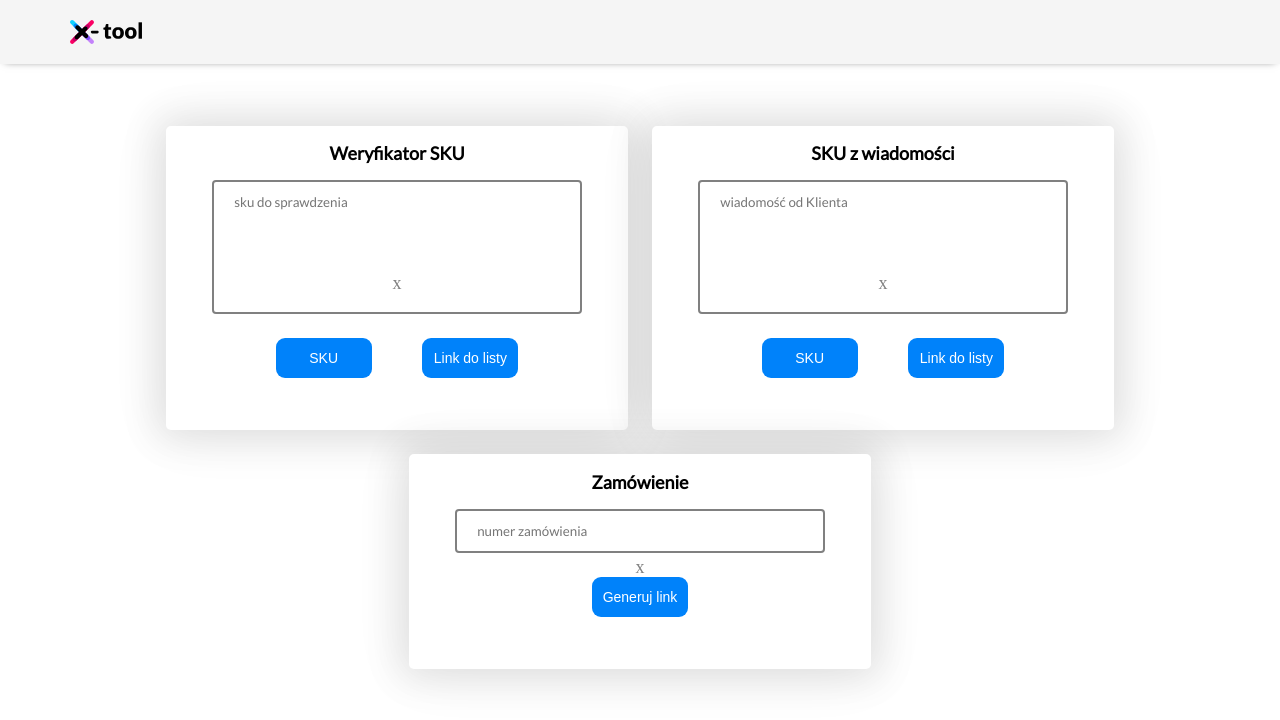
Repository: enowuigrek/Generator-SKU
Page: index.html
An editor plug-in stored every save of this project. The page is shown before and after the next save, followed by the edit.
The browser window is 1280 px wide. The pictures show the whole page.
Some web fonts or font styles are not loaded; a fallback is used. The style sheet was rebuilt from its Sass, Less or Tailwind sources for each picture, by a compiler version that may differ from the author's.

Above is the page before, as saved 2023-01-29 15:31:06.
Console error: SyntaxError: Unexpected identifier 'P0'

After the next save:
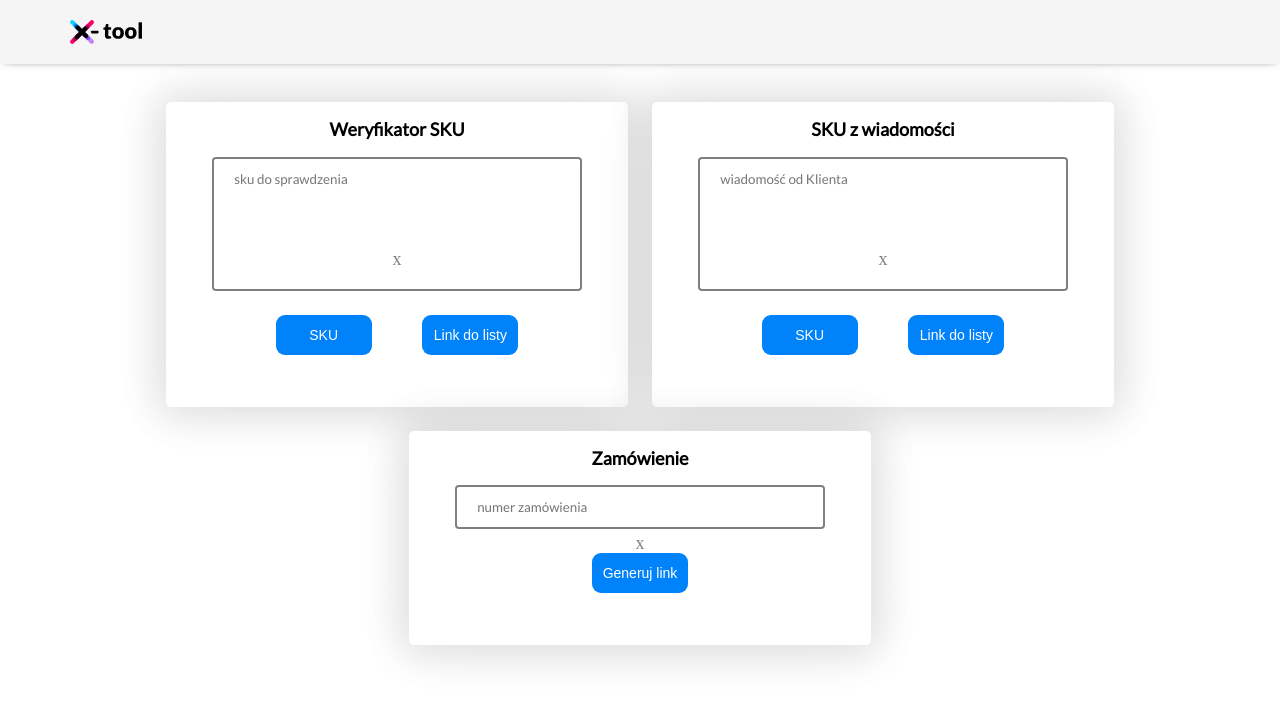
Saved 5 s later.
--- a/index.html
+++ b/index.html
@@ -12,7 +12,6 @@
     <link rel="stylesheet" href="css/style.css" />
     <link href="https://unpkg.com/boxicons@2.1.2/css/boxicons.min.css" rel="stylesheet">
     <link href="https://fonts.googleapis.com/css2?family=Lato&display=swap" rel="stylesheet">
-    />
     <link href="https://fonts.googleapis.com/css2?family=Gruppo&display=swap" rel="stylesheet">
   </head>
 
